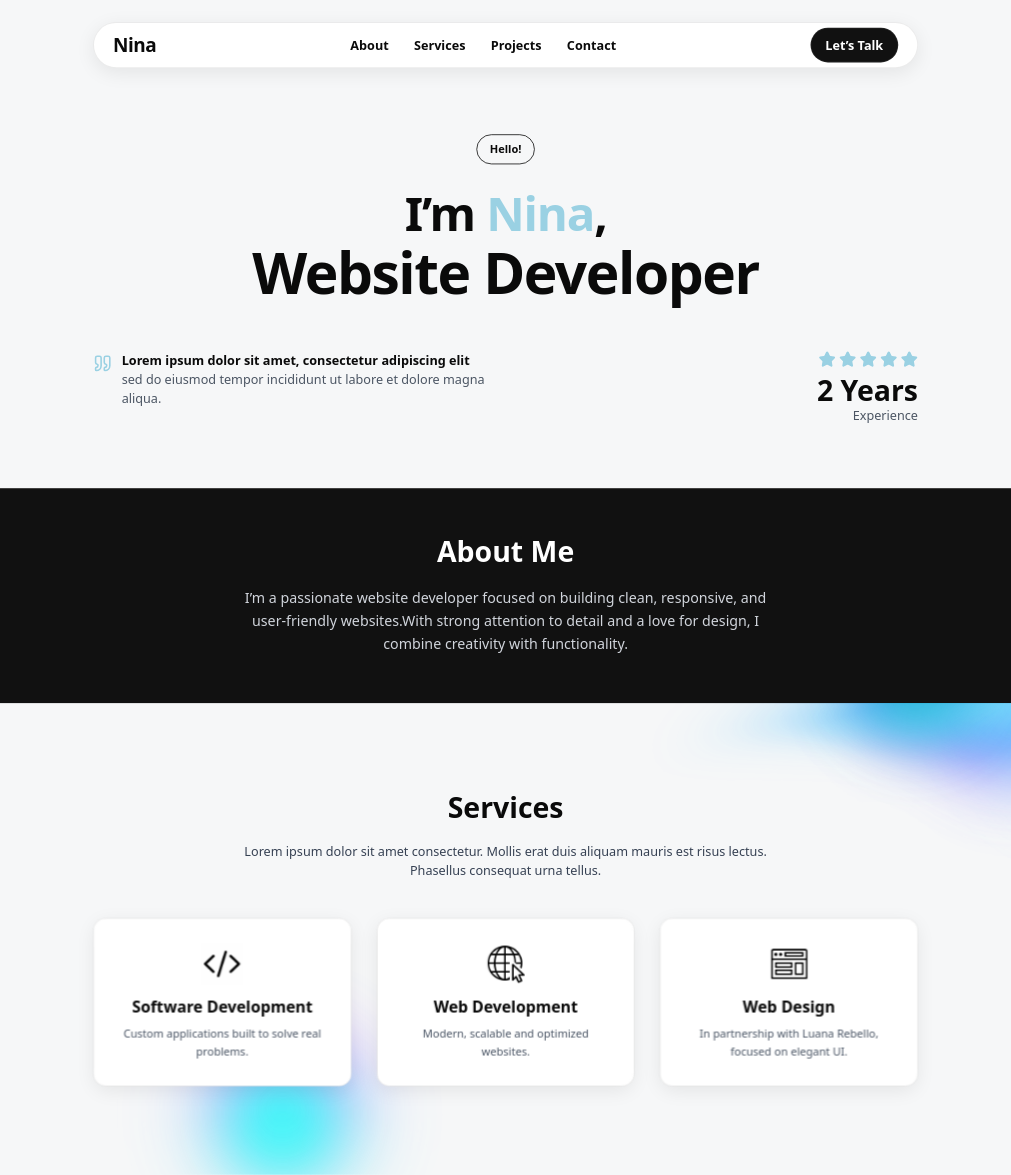
Repository: nina-rebello/portfolio
Page: /
An editor plug-in stored every save of this project. The page is shown before and after the next save, followed by the edit.
The browser window is 1280 px wide. The pictures show the whole page, at 79% of full size.
The project was rebuilt for these pictures with package versions that can differ from the ones it lists, and the page was loaded fresh each time. The framework's server and built-in components were replaced by stand-ins that run in the browser. Also part of the build but not shown: next.config.ts.

Above is the page before, as saved 2025-09-11 16:06:07.

After the next save:
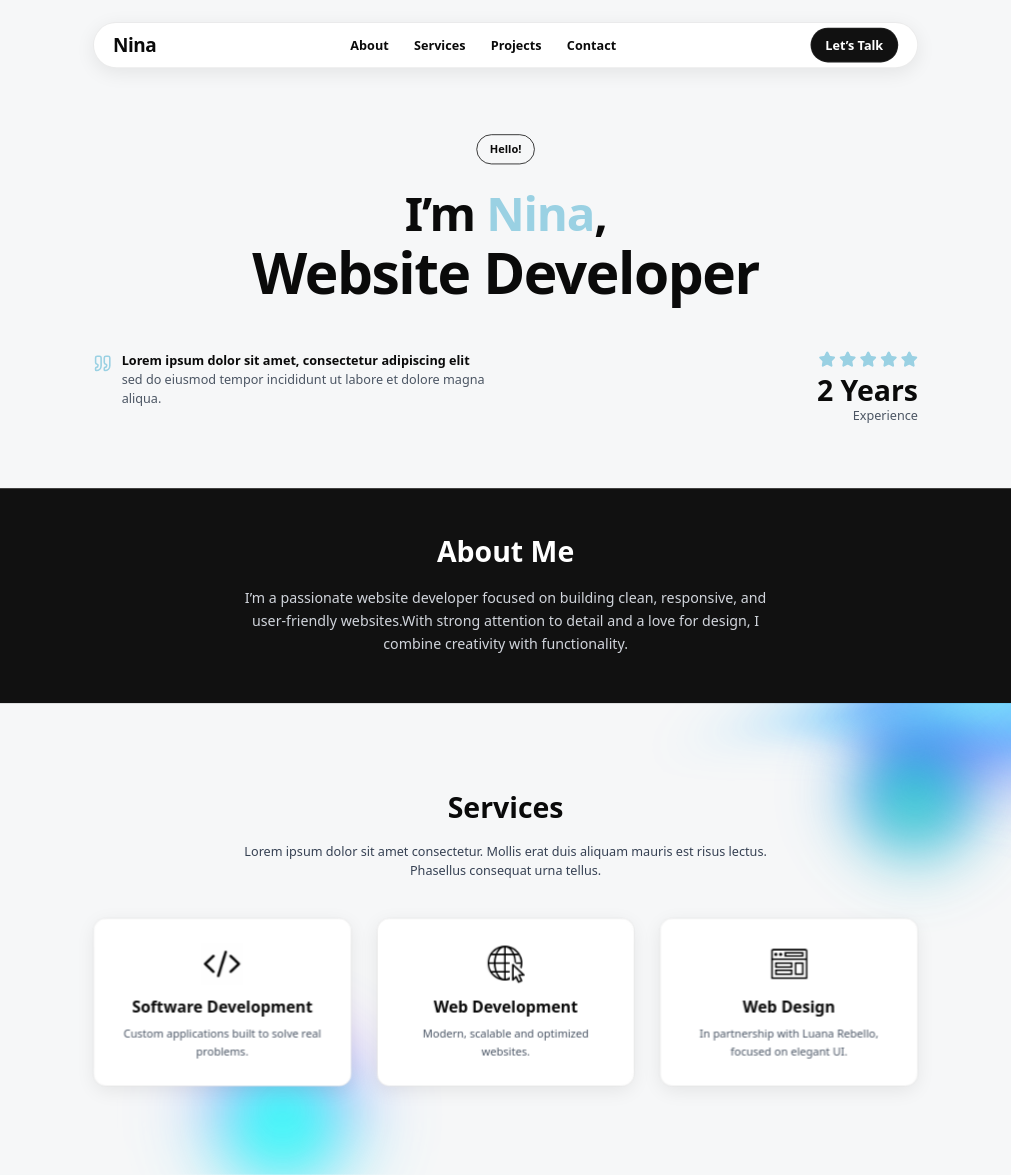
Saved 7 s later.
--- a/components/sections/Services.tsx
+++ b/components/sections/Services.tsx
@@ -43,7 +43,7 @@ export default function Services() {
           alt=""
           width={600}
           height={600}
-          className="absolute -top-64 -right-28 w-[460px] opacity-70"
+          className="absolute -top-24 -right-28 w-[460px] opacity-70"
         />
       </div>
 
